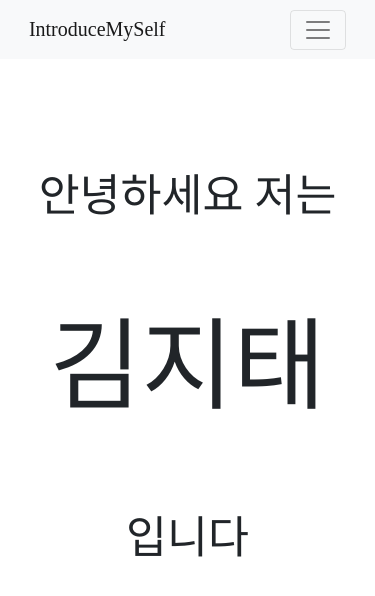
Repository: wlxo0401/IntroduveMySelf
Page: IntroduceMySelf/WebContent/Index.html
The author's editor kept a copy of each file at every save. The page is drawn from the files as they stood at one save, then again after the next save.
The browser window is 375 px wide. The pictures show the whole page.

Above is the page before, as saved 2020-03-11 05:37:12.

After the next save:
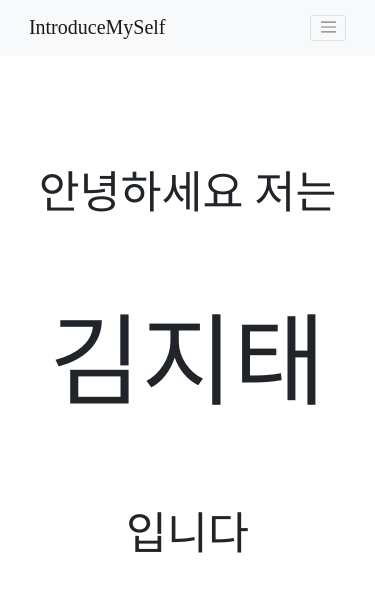
Saved 33 s later.
--- a/IntroduceMySelf/WebContent/style.css
+++ b/IntroduceMySelf/WebContent/style.css
@@ -40,7 +40,10 @@ body{
 
 /* On screens that are 600px or less, set the background color to olive */
 @media screen and (max-width: 600px) {
-  body {
+  html {
     font-size: 10px;
   }
+  .navbar-brand{
+  	font-size:20px;
+  }
 }
